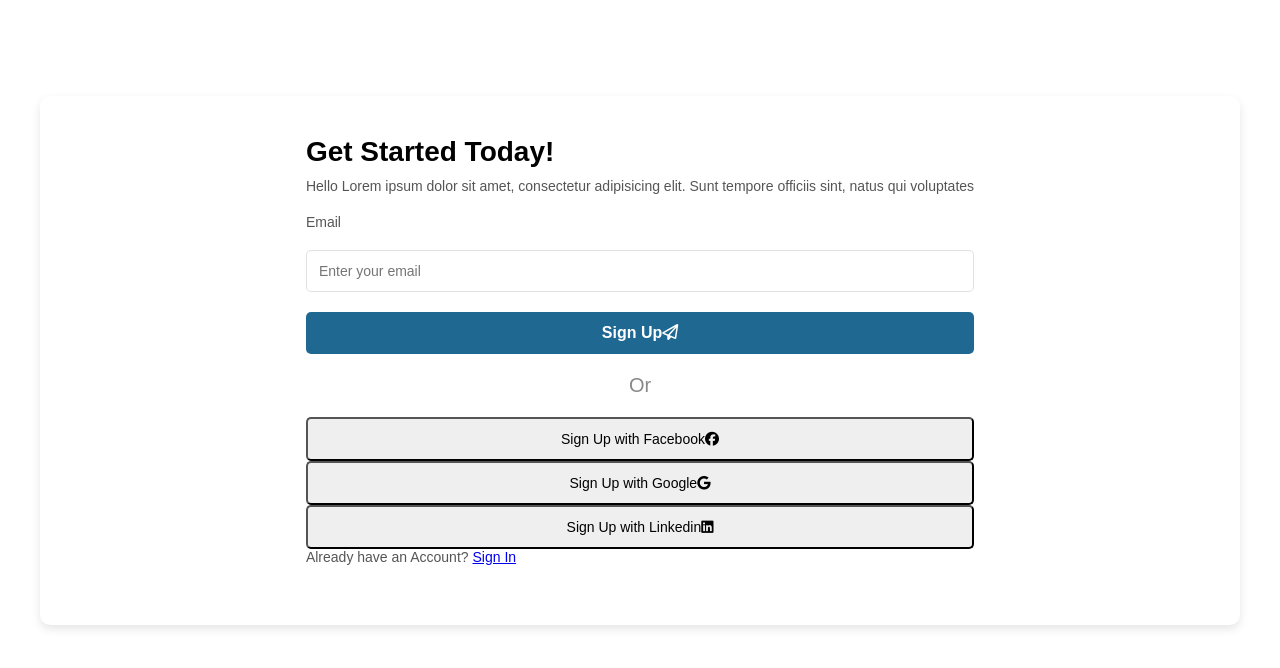
Repository: Femi007-gh/Login-V2
Page: index.html
The author's editor kept a copy of each file at every save. The page is drawn from the files as they stood at one save, then again after the next save.
The browser window is 1280 px wide. The pictures show the whole page.

Above is the page before, as saved 2025-01-27 07:45:56.

After the next save:
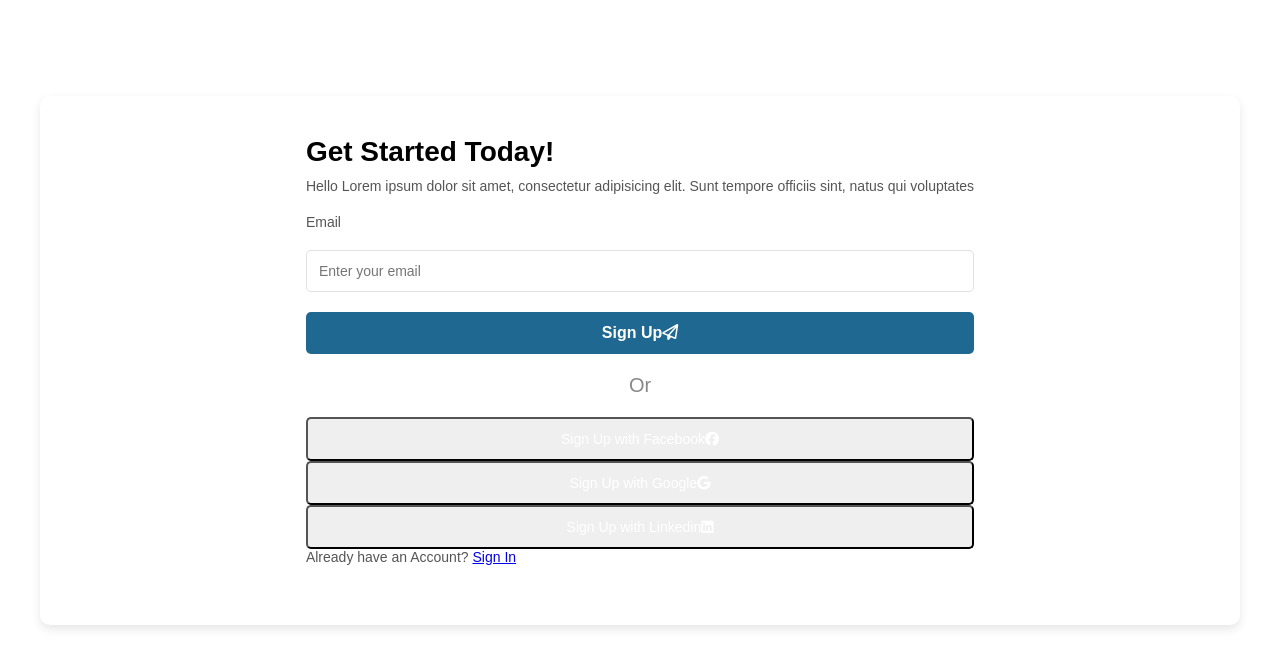
Saved 7 s later.
--- a/style.css
+++ b/style.css
@@ -82,5 +82,6 @@ p {
   padding: 12px;
   font-size: 14px;
   border-radius: 5px;
-  color:
+  color: white;
+
 }
